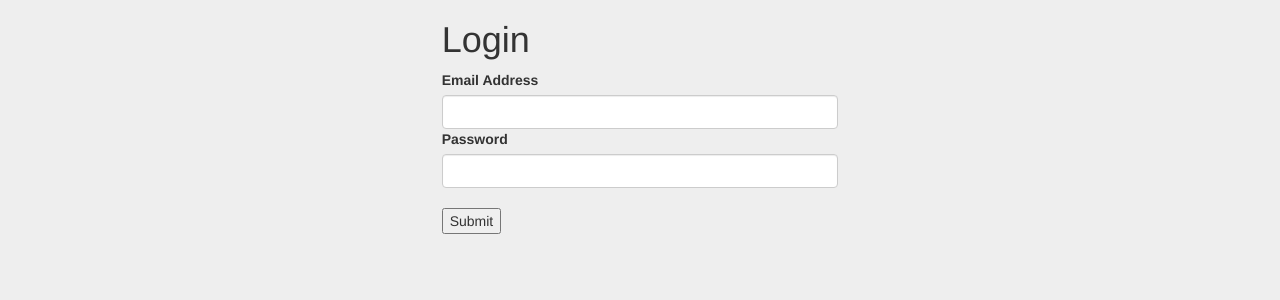
Repository: neoighodaro-articles/migrating-to-laravel
Page: http://localhost/
An editor plug-in stored every save of this project. The page is shown before and after the next save, followed by the edit.
The browser window is 1280 px wide. The pictures show the whole page.
The page is run by PHP 8.4 with error messages shown; the project is at /var/www/html/.

Above is the page before, as saved 2018-06-12 21:48:37.

### vanilla/index.php
<!DOCTYPE html>
<html lang="en">
<head>
  <meta charset="UTF-8">
  <meta name="viewport" content="width=device-width, initial-scale=1.0">
  <meta http-equiv="X-UA-Compatible" content="ie=edge">
  <title>Vanilla Todo App</title>
  <link rel="stylesheet" href="https://maxcdn.bootstrapcdn.com/bootstrap/3.3.7/css/bootstrap.min.css" integrity="sha384-BVYiiSIFeK1dGmJRAkycuHAHRg32OmUcww7on3RYdg4Va+PmSTsz/K68vbdEjh4u" crossorigin="anonymous">
  <style>
    body {
      background: #EEE;
    }
  </style>
</head>
<body>
  <div class="rows">
    <div class="col-md-4 col-md-offset-4">
      <form method="POST">
        <h1> Login </h1>
        <label>Email Address</label>
        <input type="text" class="form-control" name="email" required>
        <label>Password</label>
        <input type="password" class="form-control" name="pass" required>
        <br>
        <button type="submit" name="btnLogin">Submit</button>

        <?php

          require_once 'functions.php';
          if( isset($_POST['btnLogin'])):
            $email = $_POST['email'];
            $pass = $_POST['pass'];
            $query = $pdo->prepare('SELECT * FROM users WHERE email = ? AND password=?');
            $query->execute([$email, $pass]);
            $rows = $query->rowCount();

            if( $rows > 0 ):
              header('location: pages/home.php');
            else: ?>
              <div class="alert alert-danger">
                <b> Invalid Information supplied</b>
              </div>
            <?php endif ?>
        <?php endif ?>
      </form>
    </div>
  </div>
</body>
</html>

### vanilla/functions.php
<?php
 $host = 'localhost';
 $dbname= 'vanilla';
 $user   = 'root';
 $pwd    = 'root';

 try{
   $pdo = new PDO('mysql:host='. $host. ';dbname='. $dbname, $user, $pwd);
  //  echo "connected";
 } catch(PDOException $e) {
   echo "Unable to connect" . $e->getMessage();
 }

After the next save:
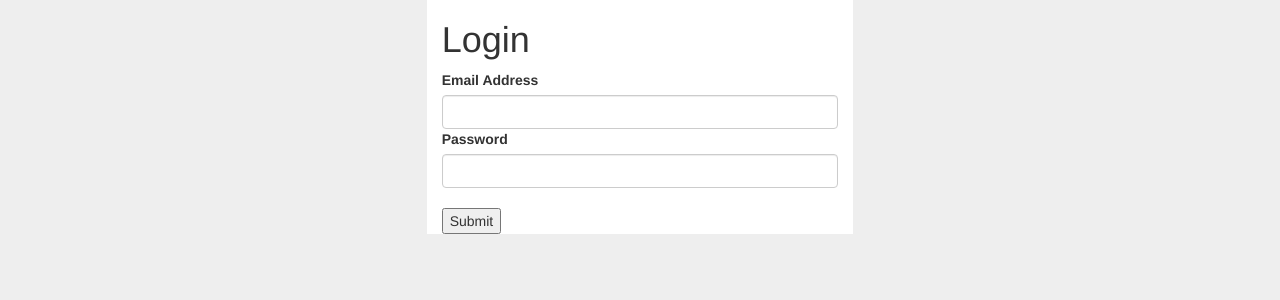
Saved 20 s later.
--- a/vanilla/index.php
+++ b/vanilla/index.php
@@ -10,11 +10,14 @@
     body {
       background: #EEE;
     }
+    .login {
+      background: #FFF;
+    }
   </style>
 </head>
 <body>
   <div class="rows">
-    <div class="col-md-4 col-md-offset-4">
+    <div class="col-md-4 col-md-offset-4 login">
       <form method="POST">
         <h1> Login </h1>
         <label>Email Address</label>
